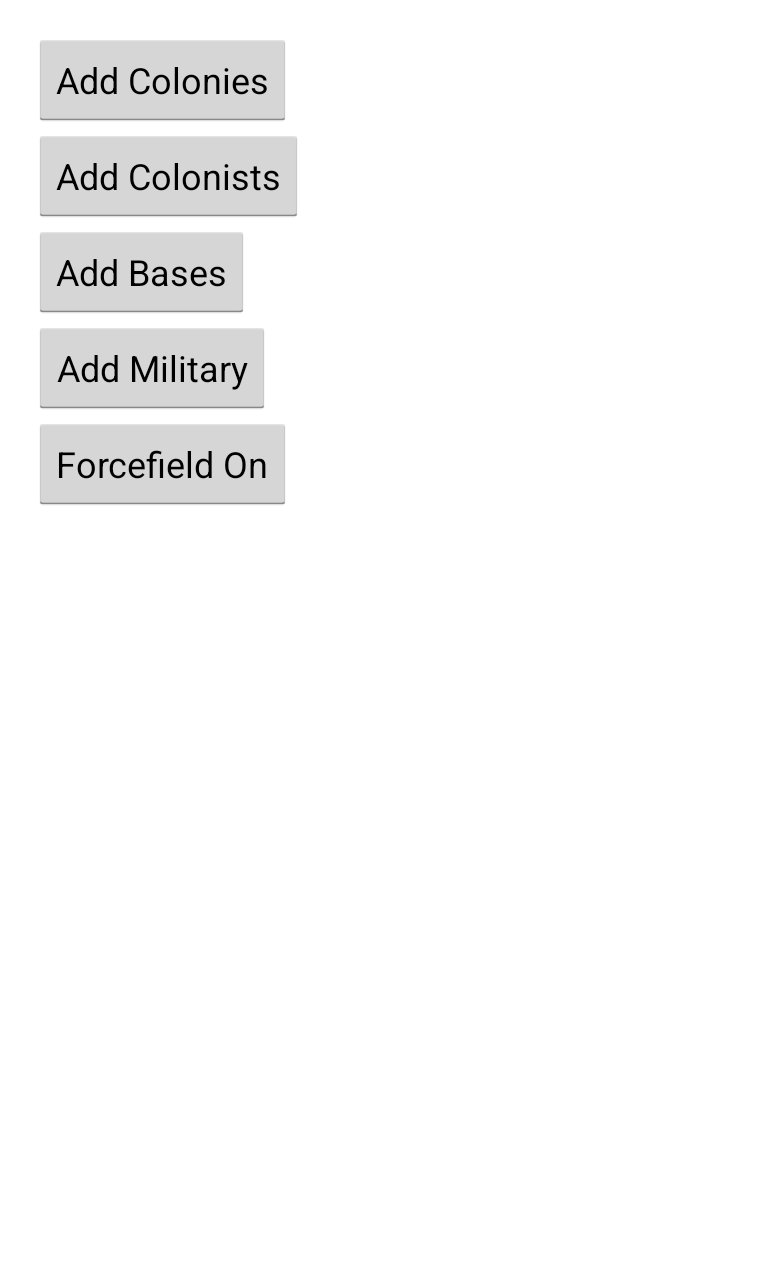
Repository: blender-head/android_basic
Layout: Hello_World/res/layout/activity_config_planet.xml
The author's editor kept a copy of each file at every save. The layout is drawn from the files as they stood at one save, then again after the next save.
It is drawn on a 768 x 1280 px phone screen (xhdpi) without system bars, with theme AppTheme; the app's code is not run.

Above is the layout before, as saved 2013-12-31 17:29:42.

### Hello_World/res/layout/activity_config_planet.xml
<LinearLayout xmlns:android="http://schemas.android.com/apk/res/android"
    xmlns:tools="http://schemas.android.com/tools"
    android:layout_width="match_parent"
    android:layout_height="match_parent"
    android:paddingBottom="@dimen/activity_vertical_margin"
    android:paddingLeft="@dimen/activity_horizontal_margin"
    android:paddingRight="@dimen/activity_horizontal_margin"
    android:paddingTop="@dimen/activity_vertical_margin"
    android:orientation="vertical"
    tools:context=".ConfigPlanetActivity" >

    <Button
        android:id="@+id/coloniesButton"
		android:layout_width="wrap_content"
		android:layout_height="wrap_content"
		android:text="@string/button_name_colonies" />

    <Button
        android:id="@+id/colonistsButton"
		android:layout_width="wrap_content"
		android:layout_height="wrap_content"
		android:text="@string/button_name_colonists" />

    <Button
        android:id="@+id/basesButton"
		android:layout_width="wrap_content"
		android:layout_height="wrap_content"
		android:text="@string/button_name_bases" />

    <Button
        android:id="@+id/militaryButton"
		android:layout_width="wrap_content"
		android:layout_height="wrap_content"
		android:text="@string/button_name_military" />

    <Button
        android:id="@+id/ffonButton"
		android:layout_width="wrap_content"
		android:layout_height="wrap_content"
		android:text="@string/button_name_ffon" />

</LinearLayout>

### Hello_World/res/values/strings.xml
<?xml version="1.0" encoding="utf-8"?>
<resources>

    <string name="app_name">Hello_World</string>
    <string name="action_settings">Settings</string>
    <string name="hello_world">Hello world!</string>

    <!-- Labels -->
    <string name="planet_name_label">Planet Name: </string>
    <string name="planet_mass_label">Planet Mass: </string>
    <string name="planet_gravity_label">Planet Gravity: </string>
    <string name="planet_colonies_label">Planet Colonies: </string>
    <string name="planet_population_label">Planet Population: </string>
    <string name="planet_military_label">Planet Military: </string>
    <string name="planet_bases_label">Planet Bases: </string>
    <string name="planet_forcefield_label">Planet Forcefield: </string>

    <!-- Menus -->
    <string name="menu_add_planet">Add a New Planet</string>
    <string name="menu_config_planet">Configure Planet</string>
    <string name="menu_travel_planet">Travel to Planet</string>
    <string name="menu_attack_planet">Attack on Planet</string>
    <string name="menu_home_planet">Show Home Planet</string>
    <string name="title_activity_new_planet">NewPlanetActivity</string>

    <!-- Planet names -->
    <string name="content_desc_earth">Planet Earth</string>
    <string name="content_desc_mars">Planet Mars</string>
    <string name="content_desc_venus">Planet Venus</string>
    <string name="content_desc_jupiter">Planet Jupiter</string>
    <string name="content_desc_saturn">Planet Saturn</string>
    <string name="content_desc_neptune">Planet Neptune</string>
    <string name="title_activity_config_planet">ConfigPlanetActivity</string>

    <!-- Buttins -->
    <string name="button_name_colonies">Add Colonies</string>
	<string name="button_name_colonists">Add Colonists</string>
	<string name="button_name_bases">Add Bases</string>
	<string name="button_name_military">Add Military</string>
	<string name="button_name_ffon">Forcefield On</string>
	<string name="button_name_ffoff">Forcefield Off</string>

</resources>

Loaded but not shown: Hello_World/res/values/styles.xml (common file); Hello_World/res/values-v11/styles.xml (common file); Hello_World/res/values-v14/styles.xml (common file); Hello_World/res/values/dimens.xml (common file)

After the next save:
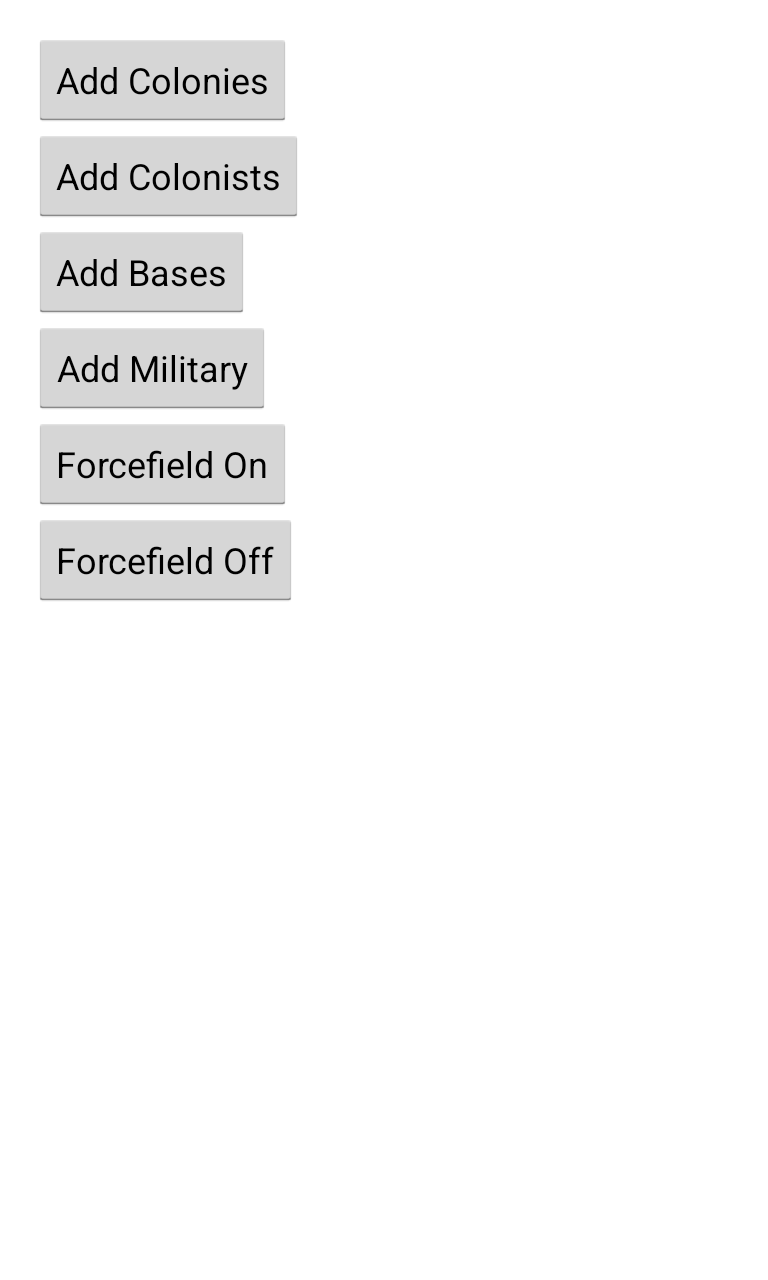
Saved 17 s later.
--- a/Hello_World/res/layout/activity_config_planet.xml
+++ b/Hello_World/res/layout/activity_config_planet.xml
@@ -39,4 +39,10 @@
 		android:layout_height="wrap_content"
 		android:text="@string/button_name_ffon" />
 
+    <Button
+        android:id="@+id/ffoffButton"
+		android:layout_width="wrap_content"
+		android:layout_height="wrap_content"
+		android:text="@string/button_name_ffoff" />
+
 </LinearLayout>
